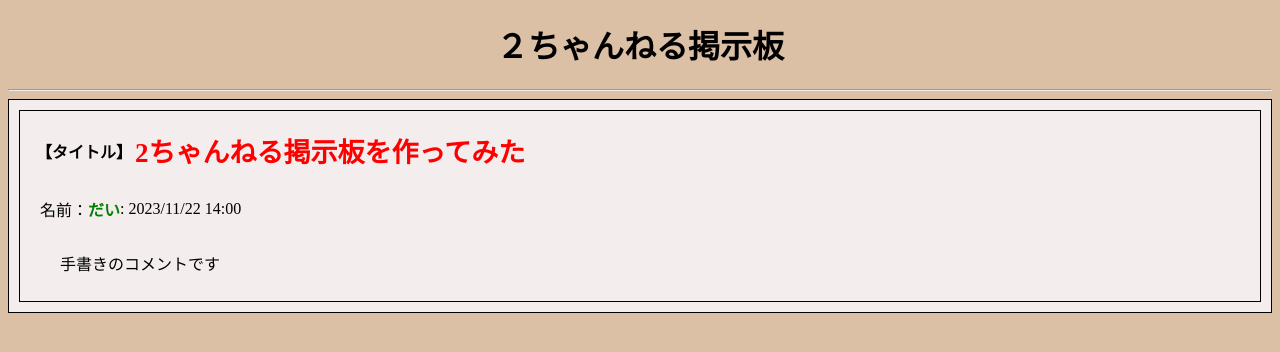
Repository: daidai0602/mba_portal
Page: http://localhost/
An editor plug-in stored every save of this project. The page is shown before and after the next save, followed by the edit.
The browser window is 1280 px wide. The pictures show the whole page.
The page is run by PHP 8.4 with error messages shown; the project is at /var/www/html/.

Above is the page before, as saved 2023-11-22 14:52:02.

After the next save:
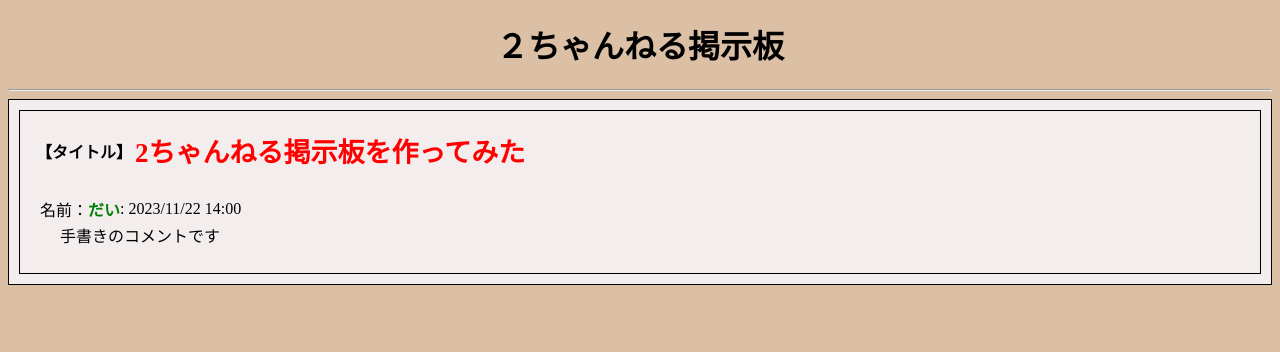
Saved 13 s later.
--- a/assets/css/style.css
+++ b/assets/css/style.css
@@ -35,7 +35,7 @@
 section .nameArea {
   display: flex;
   align-items: center;
-  margin-bottom: 14px;
+  margin-bottom: -14px;
 }
 
 section .username {
